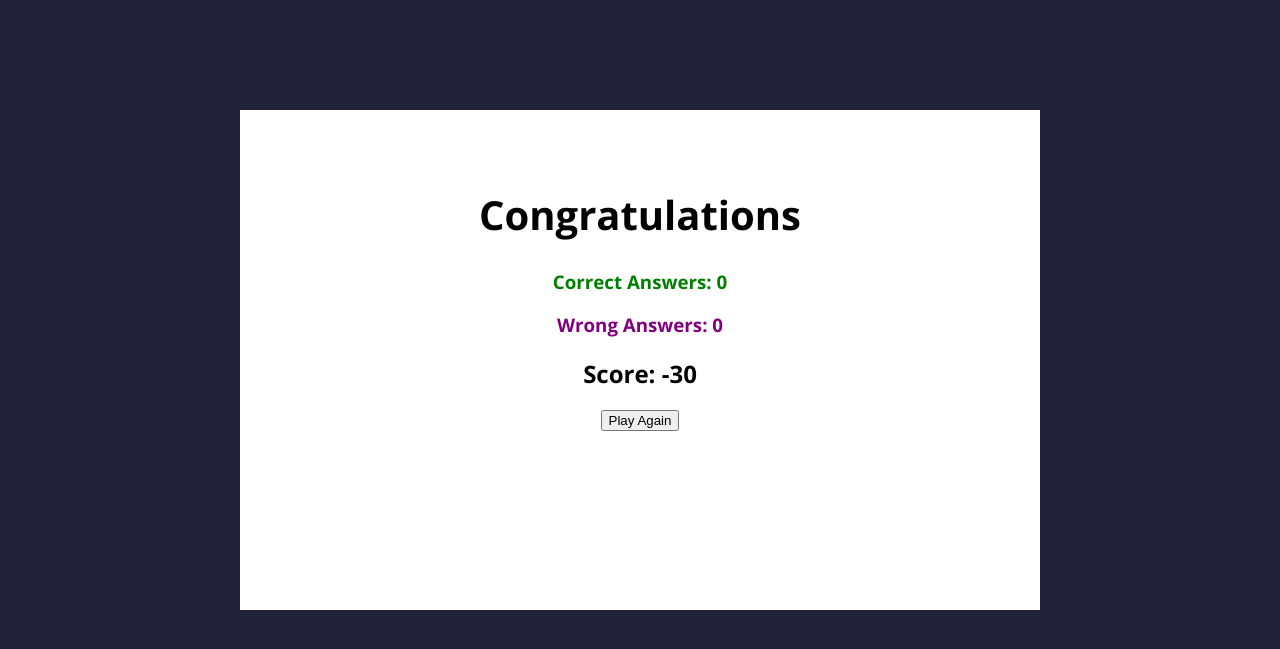
Repository: Wanglongzhi2001/Learn-javascript
Page: quiz/quiz.html
An editor plug-in stored every save of this project. The page is shown before and after the next save, followed by the edit.
The browser window is 1280 px wide. The pictures show the whole page.

Above is the page before, as saved 2023-02-02 19:45:42.

After the next save:
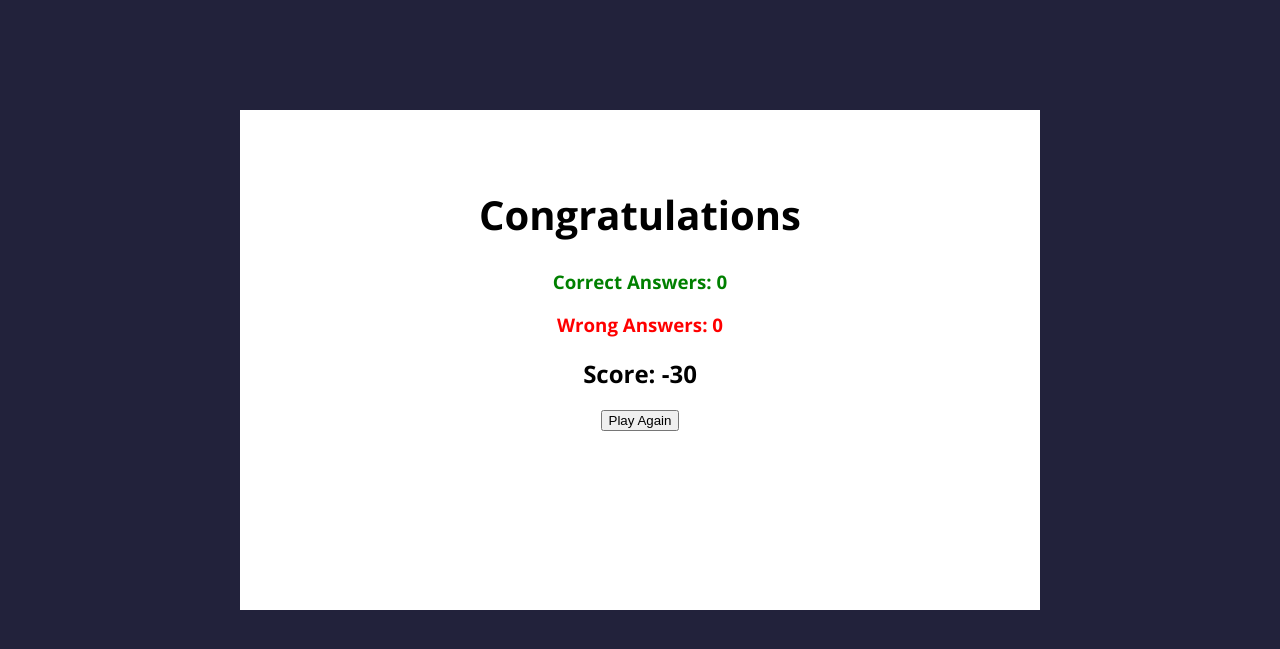
Saved 13 s later.
--- a/quiz/quiz.css
+++ b/quiz/quiz.css
@@ -58,5 +58,5 @@ body{
 }
 
 .wrong{
-    color: purple;
+    color: red;
 }
